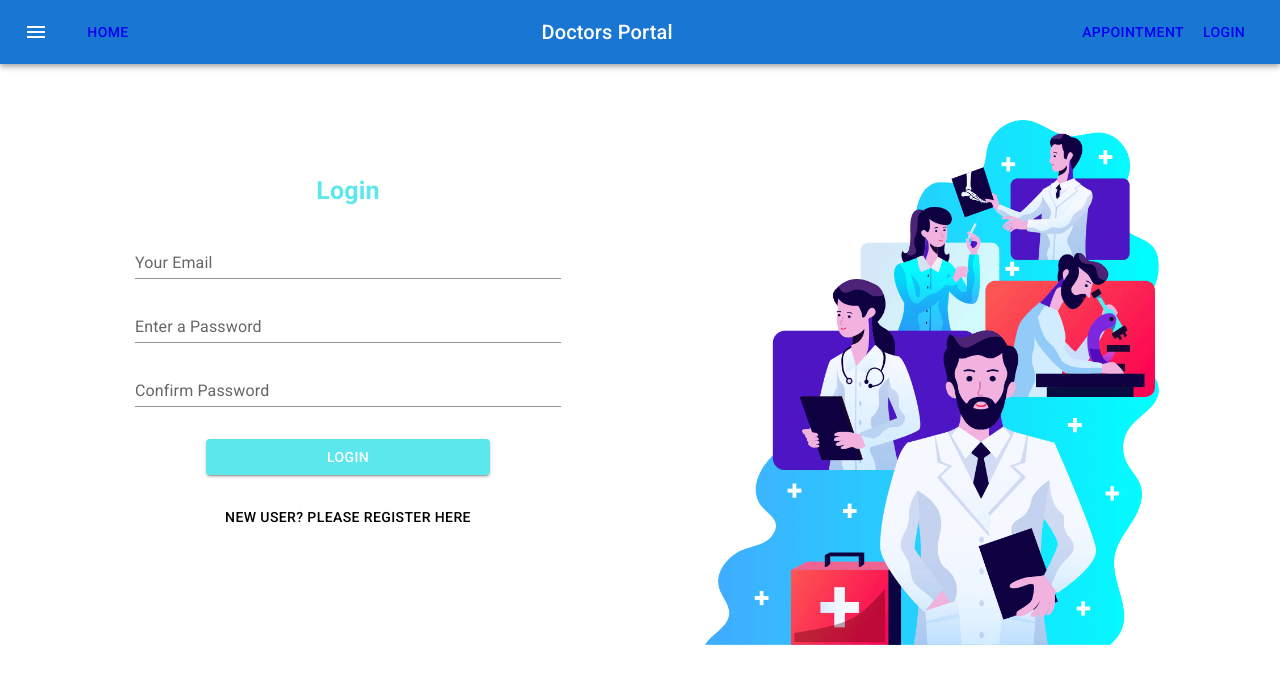
Repository: Sharif-00112/doctors-portal-client
Page: /login
These files come from the project's save history. The page is drawn as it stood at one moment and after the next save; the edit follows.
The browser window is 1280 px wide. The pictures show the whole page.
The project was rebuilt for these pictures with package versions that can differ from the ones it lists, and the page was loaded fresh each time. Also part of the build but not shown: src/Pages/Shared/Footer/Footer.js, src/Pages/Home/AppointmentBanner/AppointmentBanner.js, src/Pages/Home/Banner/Banner.js, src/Pages/Home/Contact/Contact.js, src/Pages/Home/Service/Service.js, src/Pages/Home/Services/Services.js, src/Pages/Home/Story/Story.js, src/Pages/Home/Home/Home.js and 7 more.

Above is the page before, as saved 2022-11-06 22:43:12.

### public/index.html
<!DOCTYPE html>
<html lang="en">
  <head>
    <meta charset="utf-8" />
    <link rel="icon" href="%PUBLIC_URL%/favicon.ico" />
    <meta name="viewport" content="width=device-width, initial-scale=1" />
    <meta name="theme-color" content="#000000" />
    <meta
      name="description"
      content="Web site created using create-react-app"
    />
    <link
      rel="stylesheet" href="https://fonts.googleapis.com/css?family=Roboto:300,400,500,700&display=swap"
    />

    <link rel="apple-touch-icon" href="%PUBLIC_URL%/logo192.png" />
    <!--
      manifest.json provides metadata used when your web app is installed on a
      user's mobile device or desktop. See https://developers.google.com/web/fundamentals/web-app-manifest/
    -->
    <link rel="manifest" href="%PUBLIC_URL%/manifest.json" />
    <!--
      Notice the use of %PUBLIC_URL% in the tags above.
      It will be replaced with the URL of the `public` folder during the build.
      Only files inside the `public` folder can be referenced from the HTML.

      Unlike "/favicon.ico" or "favicon.ico", "%PUBLIC_URL%/favicon.ico" will
      work correctly both with client-side routing and a non-root public URL.
      Learn how to configure a non-root public URL by running `npm run build`.
    -->
    <title>React App</title>
  </head>
  <body>
    <noscript>You need to enable JavaScript to run this app.</noscript>
    <div id="root"></div>
    <!--
      This HTML file is a template.
      If you open it directly in the browser, you will see an empty page.

      You can add webfonts, meta tags, or analytics to this file.
      The build step will place the bundled scripts into the <body> tag.

      To begin the development, run `npm start` or `yarn start`.
      To create a production bundle, use `npm run build` or `yarn build`.
    -->
  </body>
</html>

### src/App.js
import './App.css';
import { BrowserRouter as Router, Route, Routes} from 'react-router-dom';
import Home from './Pages/Home/Home/Home';
import Appointment from './Pages/Appointment/Appointment/Appointment';
import Login from './Pages/Login/Login/Login';
import Register from './Pages/Login/Register/Register';

function App() {
  return (
    <div className="App">
      <Router>
        {/* <Header></Header> */}
        <Routes>
          <Route exact path = '/' element={<Home/>}/>
          <Route exact path = '/home' element={<Home/>}/>
          <Route exact path = '/login' element={<Login/>}/>
          <Route exact path = '/register' element={<Register/>}/>
          <Route exact path = '/appointment' element={<Appointment/>}/>
          <Route exact path = '*' element={<Home/>}/>
        </Routes>
        {/* <Footer></Footer> */}
      </Router>
    </div>
  );
}

export default App;

### src/Pages/Login/Login/Login.js
import React, { useState } from 'react';
import Box from '@mui/material/Box';
import Grid from '@mui/material/Unstable_Grid2';
import { Button, Container } from '@mui/material';
import Typography from '@mui/material/Typography';
import loginImg from '../../../images/images/login.png'
import TextField from '@mui/material/TextField';
import Navigation from '../../Shared/Navigation/Navigation';
import { NavLink } from 'react-router-dom';

const Login = () => {
    const [loginData, setLoginData] = useState({})

    const handleOnChange = e =>{
        const field = e.target.name;
        const value = e.target.value;
        // console.log(field, value);
        const newLoginData = { ...loginData };
        newLoginData[field] = value;
        setLoginData(newLoginData);
    }

    const handleLoginSubmit = e => {
        e.preventDefault();
        alert('Login Clicked!');
    }

    return (
        <div className="">
            <Navigation></Navigation>
            <Container sx={{ my:5 }}>
                <Box sx={{ flexGrow: 1 }}>
                    <Grid container spacing={2}>
                        <Grid sx={{ mt:5 }} xs={12} md={6}>
                            <Typography sx={{ my:2, fontSize: 25, fontWeight: 600 }} style={{color: '#5CE7ED'}} variant="h4" component="div">
                                Login
                            </Typography>
                            <form onSubmit={ handleLoginSubmit }>
                                <TextField
                                    sx={{ width:'75%', m:1 }}
                                    id="standard-basic"
                                    name='email'
                                    onChange={handleOnChange}
                                    label="Your Email"
                                    variant="standard" />
                                <br />
                                <TextField
                                    sx={{ width:'75%', m:1 }}
                                    id="standard-basic"
                                    name='password'
                                    onChange={handleOnChange}
                                    label="Enter a Password"
                                    type="password"
                                    variant="standard" />
                                <br />
                                <TextField
                                    sx={{ width:'75%', m:1 }}
                                    id="standard-basic"
                                    name='password2'
                                    onChange={handleOnChange}
                                    label="Confirm Password"
                                    type="password"
                                    variant="standard" />
                                <br />
                                <Button type='submit' sx={{ width:'50%',m:3 }} variant="contained" style={{backgroundColor: '#5CE7ED'}}>
                                    Login
                                </Button>
                                <br />
                                <NavLink
                                    style={{ textDecoration:'none'}}
                                    to='/register'>
                                    <Button sx={{ color: 'black' }}>
                                        New user? Please Register here
                                    </Button>
                                </NavLink>
                            </form>

                        </Grid>
                        <Grid xs={12} md={6}>
                            <img style={{ width:'80%' }} src={loginImg} alt="" />
                        </Grid>
                    </Grid>
                </Box>
            </Container>
        </div>
    );
};

export default Login;

### src/Pages/Shared/Navigation/Navigation.js
import React from 'react';
import AppBar from '@mui/material/AppBar';
import Box from '@mui/material/Box';
import Toolbar from '@mui/material/Toolbar';
import Typography from '@mui/material/Typography';
import Button from '@mui/material/Button';
import IconButton from '@mui/material/IconButton';
import MenuIcon from '@mui/icons-material/Menu';
import { Link, NavLink } from 'react-router-dom';

const Navigation = () => {
    return (
        <div>
            <Box sx={{ flexGrow: 1, pb:2 }}>
                <AppBar position="static">
                    <Toolbar>
                        <IconButton
                            size="large"
                            edge="start"
                            color="inherit"
                            aria-label="menu"
                            sx={{ mr: 2 }}
                        >
                            <MenuIcon />
                        </IconButton>
                        <Link to = '/home'>
                            <Button color="inherit">Home</Button>
                        </Link>
                        <Typography variant="h6" component="div" sx={{ flexGrow: 1 }}>
                            Doctors Portal
                        </Typography>
                        <Link to = '/appointment'>
                            <Button color="inherit">Appointment</Button>
                        </Link>
                        <NavLink to = '/login'>
                            <Button color="inherit">Login</Button>
                        </NavLink>
                        {/* <Button color="inherit">Login</Button> */}
                    </Toolbar>
                </AppBar>
            </Box>
        </div>
    );
};

export default Navigation;

Loaded but not shown: src/index.js (common file); src/index.css (common file); src/reportWebVitals.js (common file); src/App.css (common file)

After the next save:
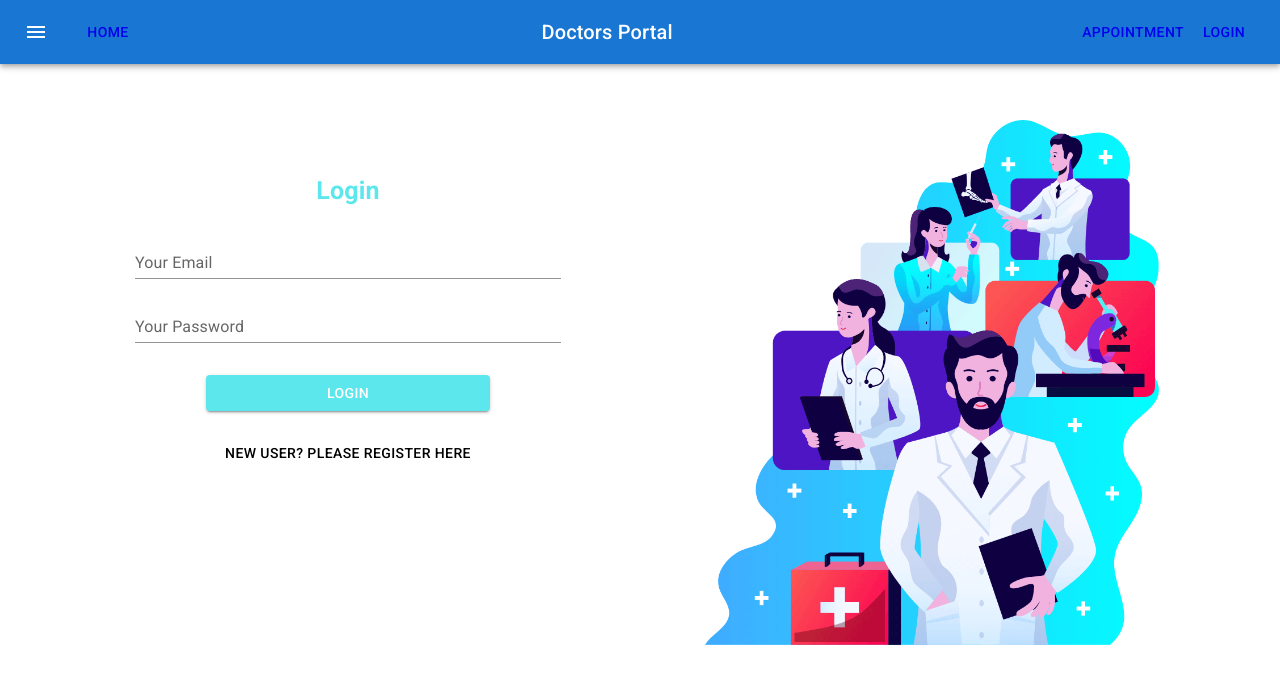
Saved 33 s later.
--- a/src/Pages/Login/Login/Login.js
+++ b/src/Pages/Login/Login/Login.js
@@ -49,16 +49,7 @@ const Login = () => {
                                     id="standard-basic"
                                     name='password'
                                     onChange={handleOnChange}
-                                    label="Enter a Password"
-                                    type="password"
-                                    variant="standard" />
-                                <br />
-                                <TextField
-                                    sx={{ width:'75%', m:1 }}
-                                    id="standard-basic"
-                                    name='password2'
-                                    onChange={handleOnChange}
-                                    label="Confirm Password"
+                                    label="Your Password"
                                     type="password"
                                     variant="standard" />
                                 <br />
